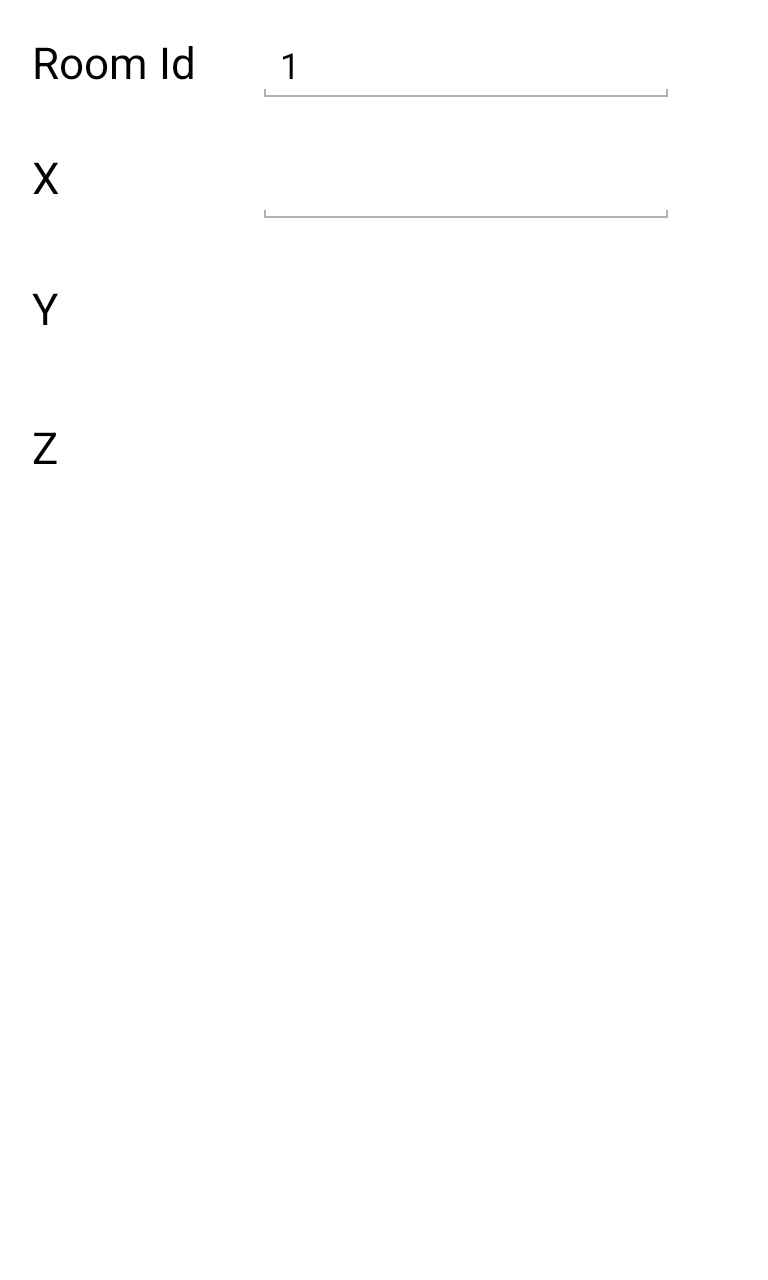
Repository: RenchuSong/tMap_Android
Layout: tmap_model_tool/res/layout/wifi_conllector.xml
An editor plug-in stored every save of this project. The layout is shown before and after the next save, followed by the edit.
It is drawn on a 768 x 1280 px phone screen (xhdpi) without system bars, with theme AppTheme; the app's code is not run.

Above is the layout before, as saved 2014-04-20 11:39:10.

After the next save:
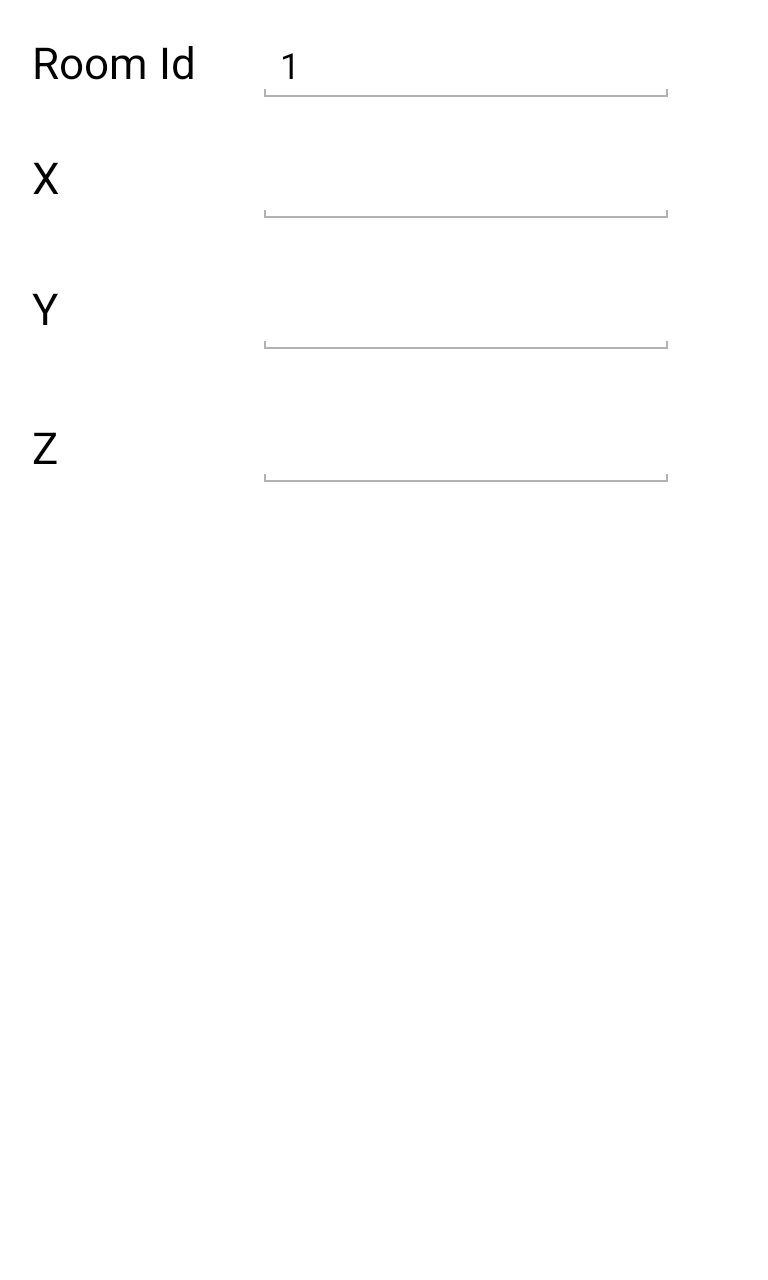
Saved 90 s later.
--- a/tmap_model_tool/res/layout/wifi_conllector.xml
+++ b/tmap_model_tool/res/layout/wifi_conllector.xml
@@ -68,4 +68,23 @@
         android:layout_alignTop="@+id/textView2"
         android:ems="10" />
 
+    <EditText
+        android:id="@+id/y"
+        android:layout_width="wrap_content"
+        android:layout_height="wrap_content"
+        android:layout_alignLeft="@+id/x"
+        android:layout_alignTop="@+id/textView3"
+        android:ems="10" >
+
+    </EditText>
+
+    <EditText
+        android:id="@+id/editText1"
+        android:layout_width="wrap_content"
+        android:layout_height="wrap_content"
+        android:layout_alignBaseline="@+id/textView4"
+        android:layout_alignBottom="@+id/textView4"
+        android:layout_alignLeft="@+id/y"
+        android:ems="10" />
+
 </RelativeLayout>
